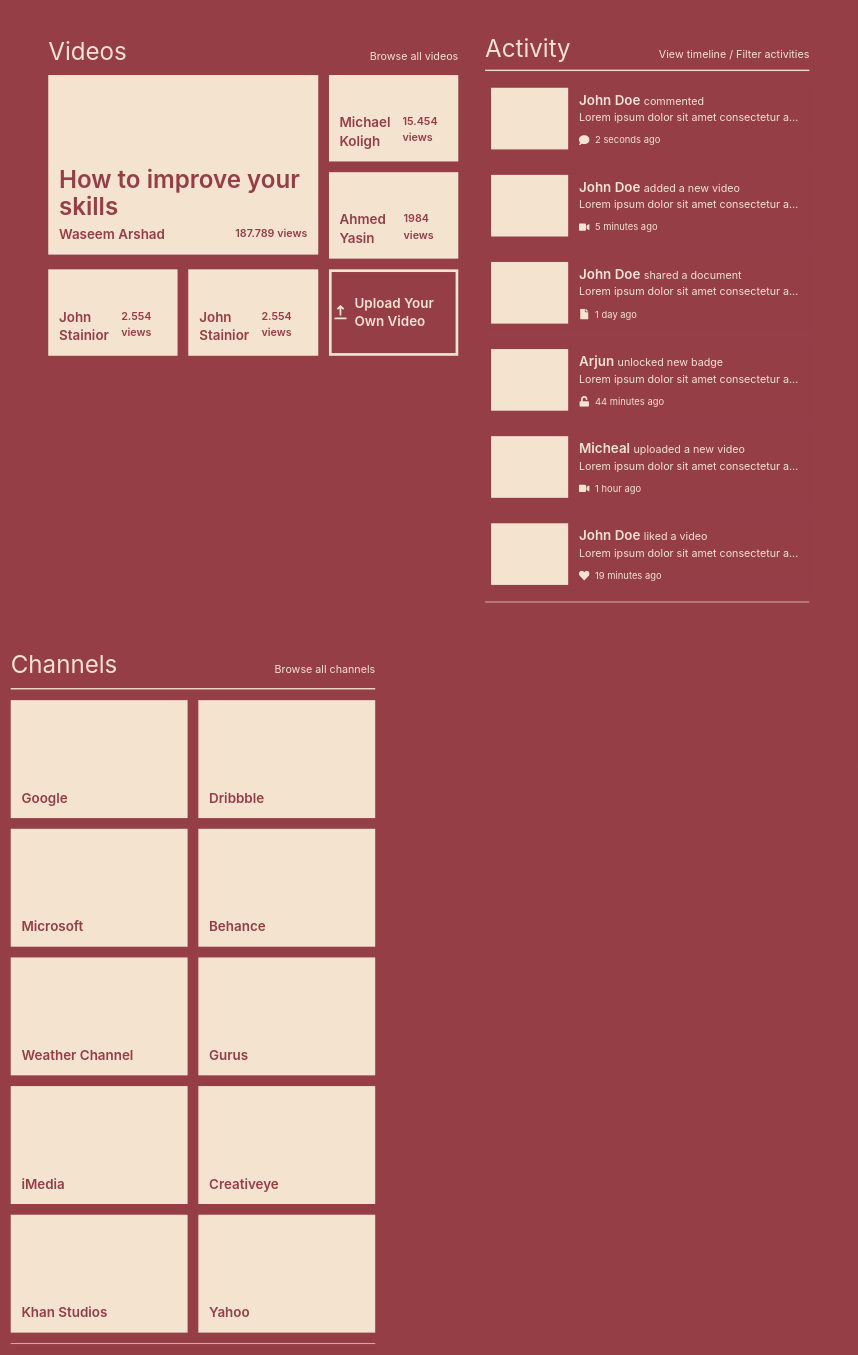
Repository: farrelmuhammad/test-salt
Page: /
These files come from the project's save history. The page is drawn as it stood at one moment and after the next save; the edit follows.
The browser window is 1280 px wide. The pictures show the whole page, at 67% of full size.
The project was rebuilt for these pictures with package versions that can differ from the ones it lists, and the page was loaded fresh each time. Also part of the build but not shown: src/App.css.

Above is the page before, as saved 2022-11-21 16:54:49.

After the next save:
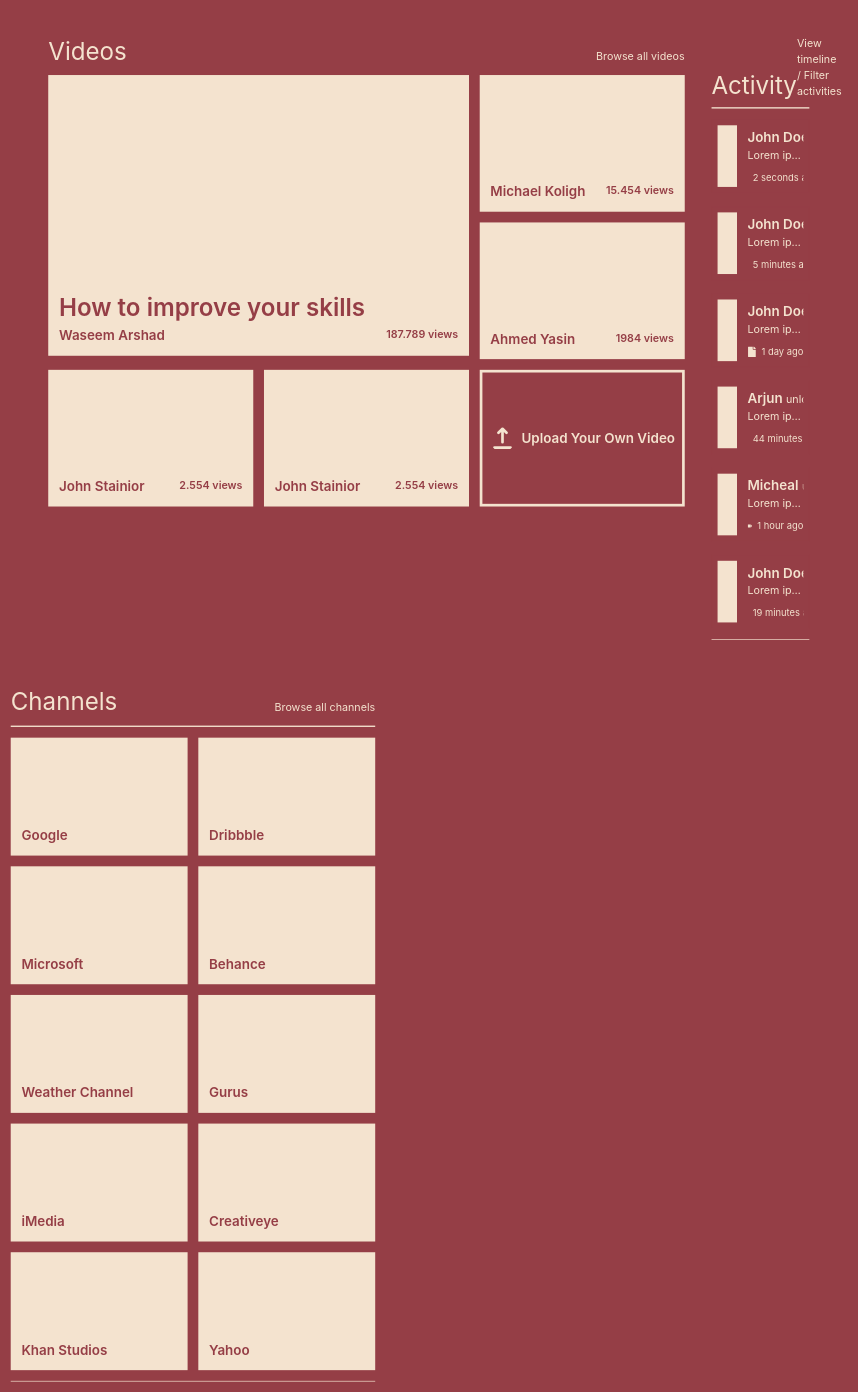
Saved 9 s later.
--- a/src/App.js
+++ b/src/App.js
@@ -9,7 +9,7 @@ function App() {
     <>
       <div className="container">
         <div class="flex grid-cols-2 gap-2 m-10">
-          <div className="flex-auto w-64">
+          <div className="flex-auto">
             <Box />
           </div>
           <div className="flex-auto w-32">
